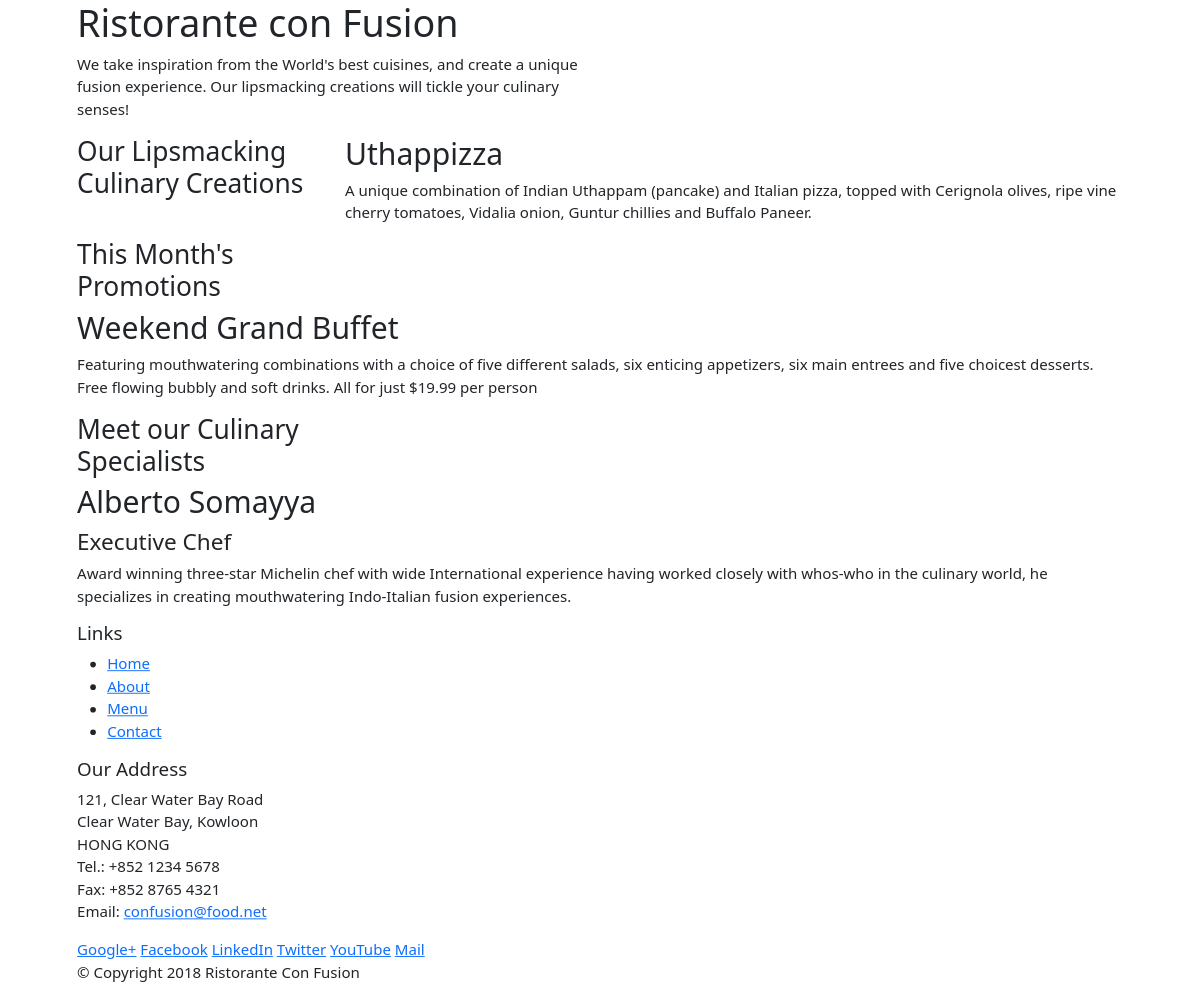
Repository: DungBuiTuan/FER201m
Page: index.html
An editor plug-in stored every save of this project. The page is shown before and after the next save, followed by the edit.
The browser window is 1280 px wide. The pictures show the whole page, at 94% of full size.
Some web libraries are served in a nearby version.

Above is the page before, as saved 2023-05-16 20:54:25.

After the next save:
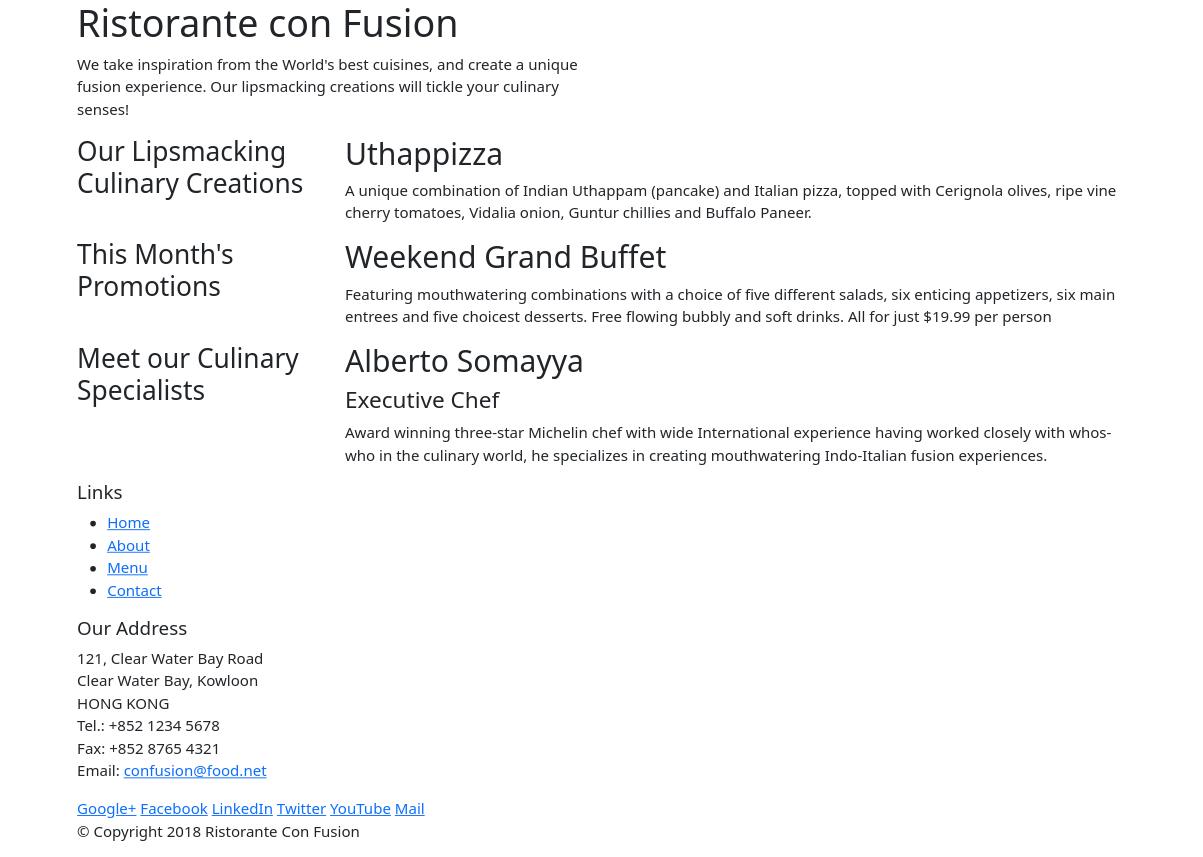
Saved 21 s later.
--- a/index.html
+++ b/index.html
@@ -38,7 +38,7 @@
         </div>
 
 
-        <div>
+        <div class="row">
             <div class="col-12 col-sm-4 col-md-3">
                 <h3>This Month's Promotions</h3>
             </div>
@@ -48,7 +48,7 @@
             </div>
         </div>
 
-        <div>
+        <div class="row">
             <div class="col-12 col-sm-4 col-md-3">
                 <h3>Meet our Culinary Specialists</h3>
             </div>
